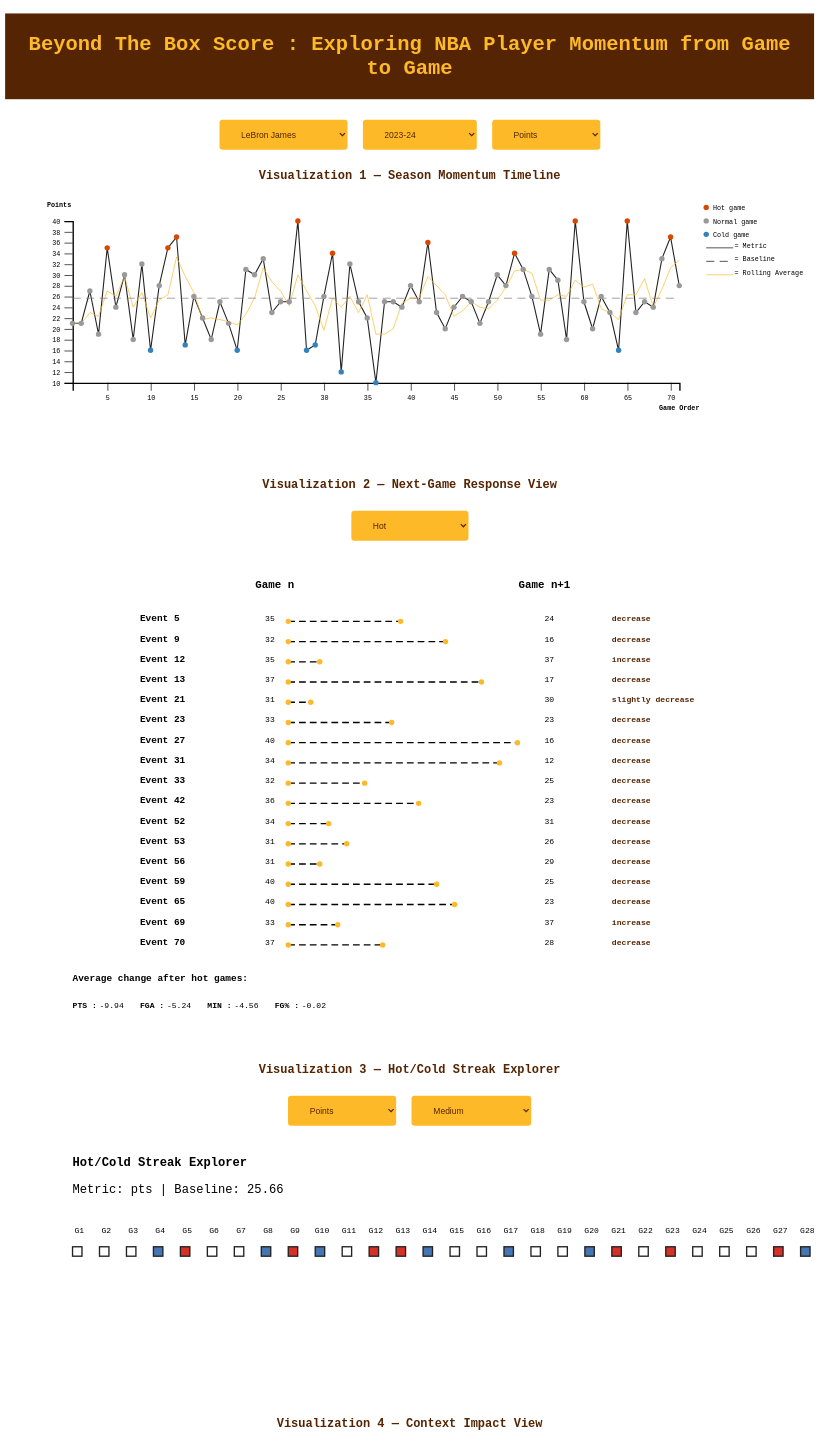
Repository: houdafatih/Data-Viz-Project
Page: index.html
The author's editor kept a copy of each file at every save. The page is drawn from the files as they stood at one save, then again after the next save.
The browser window is 1280 px wide. The pictures show the whole page, at 64% of full size.

Above is the page before, as saved 2026-06-21 02:35:09.

### index.html
<!DOCTYPE html>
<html>
   <head>
    <meta charset="UTF-8"/>
    <title>Beyond The Box Score</title>
    <link rel="stylesheet" href="style.css" >
  </head>
  <body>
     <h1>Beyond The Box Score : Exploring NBA Player Momentum from Game to Game</h1>

     <div class="selection">
        <select id="playerSelect">
            <option selected disabled>Select a Player</option>
        </select>

        <select id="seasonSelect">
            <option selected disabled>Select a Season</option>
        </select>

        <select id="metricSelect">
            <option selected disabled>Select a metric</option>
            <option value="pts">Points</option>
            <option value="fga">FGA</option>
            <option value="min">Minutes</option>
            <option value="fg_pct">FG%</option>
            <option value="plus_minus">Plus/Minus</option>
        </select>
     </div>

     <h3>Visualization 1 — Season Momentum Timeline</h3>
     <div id="vizual1"></div>

     <h3>Visualization 2 — Next-Game Response View</h3>
     <div class="selection">
        <select id="performanceSelect">
            <option selected disabled>Select event type</option>
            <option value="all">All</option>
            <option value="hot">Hot</option>
            <option value="cold">Cold</option>
            <option value="normal">Normal</option>
        </select>
     </div>
     <div id="vizual2"></div>

     <h3>Visualization 3 — Hot/Cold Streak Explorer</h3>
     <div class="selection">
        <select id="metricSelectV3">
            <option selected disabled>Select a metric</option>
            <option value="pts">Points</option>
            <option value="fga">FGA</option>
            <option value="min">Minutes</option>
            <option value="fg_pct">FG%</option>
            <option value="plus_minus">Plus/Minus</option>
        </select>
        <select id="thresholdSelect">
        <option selected disabled>Select a threshold</option>
            <option value="loose">Loose</option>
            <option value="medium">Medium</option>
            <option value="strict">Strict</option>
        </select>
     </div>
     <div id="vizual3"></div>


     <h3>Visualization 4 — Context Impact View</h3>
     <div id="vizual4"></div>

  </body>
  <script src="https://d3js.org/d3.v7.min.js"></script>
  <script type="module" src="index.js"></script>
</html>

### style.css
body{
    padding: 0px;
}
h1{
  text-align: center;
  font-size: 2rem;
  font-family: "Courier New", Courier, monospace;
  color : #fdb927;
  background-color: #552503;
  padding: 30px;

}
.selection{
    text-align: center;
}
select{
    margin: 10px;
    padding: 15px 30px;
    border-radius: 5px;
    border: none;
    background: #fdb927;
    color:#552503;

}
select option:hover{
    background-color: #fdb927;
}



h3{
    color: #552503;
    font-family: "Courier New", Courier, monospace;
    text-align: center;
}
.tick{
    font-size: 5px;
}
line{
    stroke-width: 0.5px;
}
.label{
    color: #552503;
    font-family: "Courier New", Courier, monospace;
    font-weight: bold;
}

.tooltip{
    position: fixed;
    background: wheat;
    border: 1px solid #ccc;
    padding: 10px;
    font-size: 15px;
    opacity: 0;
    pointer-events: none;

}
text{
    font-family: "Courier New", Courier, monospace;
}
.tooltip2{
    position: fixed;
    background: #fdb927;
    border: 1px solid #ccc;
    padding: 10px;
    font-size: 15px;
    visibility: hidden;
    pointer-events: none;
}
.line2{
    stroke-width: 1px;
}

### index.js
import {playersData,seasonData} from "./scripts/utils.js";
import { drawVisualization1 } from "./scripts/visualization1.js";
import { drawVisualization2 } from "./scripts/visualization2.js";
import { drawVisualization3 } from "./scripts/visualization3.js";

d3.csv("data/nba.csv").then(function(data){

   data.forEach(element => {
        element.player_id = +element.player_id
        element.game_index = +element.game_index
        element.pts = +element.pts
        element.fga = +element.fga
        element.min = +element.min
        element.fg_pct = +element.fg_pct
        element.plus_minus = +element.plus_minus
        element.next_pts = +element.next_pts
        element.next_fga = +element.next_fga
        element.next_min = +element.next_min
        element.next_fg_pct = +element.next_fg_pct
        element.rolling_pts_avg_3 = +element.rolling_pts_avg_3
        element.baseline_pts = +element.baseline_pts
        element.pts_diff_from_baseline = +element.pts_diff_from_baseline
        element.streak_length = +element.streak_length
   });

   playersData(data)
   seasonData(data)

   const nba_data = data

   d3.select("#playerSelect").property("value",nba_data[0].player_name)

   d3.select("#seasonSelect").property("value",nba_data[0].season_year)

   d3.select("#metricSelect").property("value","pts")

   d3.select("#performanceSelect").property("value","hot")

   d3.select("#metricSelectV3").property("value","pts")

   d3.select("#thresholdSelect").property("value","medium")

   updateVisualizations(nba_data)


   d3.select("#playerSelect").on("change",() => updateVisualizations(nba_data))
   d3.select("#seasonSelect").on("change",() => updateVisualizations(nba_data))
   d3.select("#metricSelect").on("change",() => updateVisualizations(nba_data))
   d3.select("#performanceSelect").on("change",() => updateVisualizations(nba_data))
   d3.select("#metricSelectV3").on("change",() => updateVisualizations(nba_data))
   d3.select("#thresholdSelect").on("change",() => updateVisualizations(nba_data))

})

function updateVisualizations(nba_data){
    const player = d3.select("#playerSelect").property("value")
    const season = d3.select("#seasonSelect").property("value")
    const metric = d3.select("#metricSelect").property("value")

    const eventT = d3.select("#performanceSelect").property("value")

    const metricv3 = d3.select("#metricSelectV3").property("value")
    const threshold =d3.select("#thresholdSelect").property("value")

    if(player === "Select a Player" || season === "Select a Season" || metric === "Select a metric"){
        return
    }

    let data_filter = nba_data.filter(d => d.player_name === player && d.season_year == season)
    drawVisualization1(data_filter,"#vizual1",metric)

    if(eventT === "Select event type"){
        return
    }
    drawVisualization2(data_filter,"#vizual2",metric,eventT)

    if(metricv3 === "Select a metric" || threshold === "Select a threshold"){
        return
    }
    drawVisualization3(data_filter,"#vizual3",metricv3,threshold)
}

### scripts/utils.js
export function playersData(data){
    const players_list = [...new Set(data.map(dt => dt.player_name))]

    d3.select("#playerSelect").selectAll(".players-options").data(players_list)
    .enter().append("option").attr("class","players-options").attr("value",dt=>dt).text(dt => dt)
}

export function seasonData(data){
    const seasons_list = [...new Set(data.map(dt => dt.season_year))]
    d3.select("#seasonSelect").selectAll(".seasons-options").data(seasons_list)
    .enter().append("option").attr("class","seasons-options").attr("value",dt=>dt).text(dt => dt)
}

### scripts/visualization1.js
export function drawVisualization1(data,id,metric){
     if(data.length === 0) {
        clearCanvas(id)
        return
    }
     const canvas = createCanvas()

     clearCanvas(id)

     const svg = addSvg(id,canvas)
     const sc = addScales(data,canvas,metric)

     addAxes(svg,sc,canvas)
     addMetricLine(svg,sc,data,metric)
     addAverageLine(svg,sc,data,metric)
     addBaselineLine(svg,sc,data,metric)
     addPoints(svg,sc,data,metric)
     addLabels(svg,canvas,metric)

     addLegends(svg,canvas)
}

function createCanvas(){
    return{
        width : 600, height: 200, margin:{top: 20,right:100, bottom:60, left:50}
    }
}

function clearCanvas(id){
    d3.select(id).html("")
}

function addSvg(id,canvas){
    return d3.select(id).append("svg").attr("viewBox",`0 0 ${canvas.width} ${canvas.height}`)
}

function addScales(data,canvas,metric){
    const xScale =
    d3.scaleLinear().domain(d3.extent(data,dt => dt.game_index))
    .range([canvas.margin.left,canvas.width - canvas.margin.right])

    const yScale =
      d3.scaleLinear().domain([d3.min(data,d => d[metric]),d3.max(data,d => d[metric])])
      .nice().range([canvas.height - canvas.margin.bottom,canvas.margin.top])

    return {xScale,yScale}
}

function addAxes(svg, scales, canvas){
    svg.append("g").attr("transform",`translate(0, ${canvas.height - canvas.margin.bottom})`)
    .call(d3.axisBottom(scales.xScale))

    svg.append("g").attr("transform",`translate(${canvas.margin.left},0)`)
    .call(d3.axisLeft(scales.yScale))
}

function addMetricLine(svg,scales,data,metric){
    let line = d3.line().x(d => scales.xScale(d.game_index)).y(d => scales.yScale(d[metric]))

    svg.append("path").datum(data).attr("fill","none").attr("stroke","#222")
     .attr("stroke-width",0.8).attr("d",line)
}

function addAverageLine(svg,scales,data,metric){
    if(metric != "pts") return
    let avg_line = d3.line().x(d => scales.xScale(d.game_index)).y(d => scales.yScale(d.rolling_pts_avg_3))

    svg.append("path").datum(data).attr("fill","none").attr("stroke","#fdb927")
     .attr("stroke-width",0.5).attr("d",avg_line)
}

function addBaselineLine(svg,scales,data,metric){

    let base_line = d3.mean(data,d => d[metric])


    svg.append("line")
    .attr("x1",scales.xScale(d3.min(data,dt => dt.game_index))).attr("x2",scales.xScale(d3.max(data,dt => dt.game_index)))
    .attr("y1",scales.yScale(base_line)).attr("y2",scales.yScale(base_line))
    .attr("stroke","#777").attr("stroke-dasharray","6 4")
}

function addPoints(svg,scales,data,metric){
    const tooltip = toolTip()

    svg.selectAll("circle").data(data).enter()
     .append("circle").attr("class","game-pt")
     .attr("cx", d => scales.xScale(d.game_index))
     .attr("cy",d => scales.yScale(d[metric]))
     .attr("r",2).attr("fill",d => colorPoint(d.performance_label))
     .on("mouseover",function(event,d){
        d3.select(this).attr("r",3)
        tooltip.style("opacity",1).html(tooltipInformations(d))
     })
     .on("mousemove",function(event){
        tooltip.style("left",event.clientX+15+"px")
          .style("top",event.clientY-20+"px")
     })
     .on("mouseout",function(){
        d3.select(this)
        .attr("r",2)
        tooltip.style("opacity",0)
     })
     //.on("click",function(event,d){
       // highlightGameandNextGame(svg,data,d)
    // })



}

function colorPoint(perf){
    if(perf === "hot") return "#d94801"
    if(perf === "cold") return "#3182bd"
    return "#999"
}

function addLabels(svg,canvas,metric){
    svg.append("text").attr("class","label")
    .attr("x",canvas.width - 100).attr("y",canvas.height-40)
    .attr("text-anchor","middle").attr("font-size","5px")
    .text("Game Order")

    svg.append("text").attr("class","label")
    .attr("x",40).attr("y",10)
    .attr("text-anchor","middle").attr("font-size","5px")
    .text(metricName(metric))
}

function metricName(metric){
    if(metric === "pts") return "Points"
    if(metric === "fga") return "Field Goal Attempts"
    if(metric === "min") return "Minutes"
    if(metric === "fg_pct") return "Field Goal Percentage"
    if(metric === "plus_minus") return "Plus / Minus"
}

function addLegends(svg,canvas){
    const lg = svg.append("g").attr("transform",
        `translate(${canvas.width - canvas.margin.right+20},${canvas.margin.top-10})`)


    lg.append("circle").attr("cx",0).attr("cy",0).attr("r",2).attr("fill","#d94801")
    lg.append("text").attr("x",5).attr("y",2).text("Hot game").attr("font-size","5px")

    lg.append("circle").attr("cx",0).attr("cy",10).attr("r",2).attr("fill","#999")
    lg.append("text").attr("x",5).attr("y",12).text("Normal game").attr("font-size","5px")

    lg.append("circle").attr("cx",0).attr("cy",20).attr("r",2).attr("fill","#3182bd")
    lg.append("text").attr("x",5).attr("y",22).text("Cold game").attr("font-size","5px")


    lg.append("line").attr("x1",0).attr("x2",20).attr("y1",30).attr("y2",30)
    .attr("stroke","black").attr("stroke-width",2)
    lg.append("text").attr("x",21).attr("y",30).text(" = Metric").attr("font-size","5px")

    lg.append("line").attr("x1",0).attr("x2",20).attr("y1",40).attr("y2",40)
    .attr("stroke","black").attr("stroke-dasharray","6 4")
    lg.append("text").attr("x",21).attr("y",40).text(" = Baseline").attr("font-size","5px")

    lg.append("line").attr("x1",0).attr("x2",20).attr("y1",50).attr("y2",50)
    .attr("stroke-width",2).attr("stroke","#fdb927")
    lg.append("text").attr("x",21).attr("y",50).text(" = Rolling Average").attr("font-size","5px")
}

function toolTip(){
    let tooltip = d3.select("body").select(".tooltip")
    if(tooltip.empty()){
        tooltip = d3.select("body").append("div").attr("class","tooltip")
    }

    return tooltip
}

function tooltipInformations(data){
    return `<strong> Game ${data.game_index} </strong><br>
            Date : ${data.game_date}<br>
            Home/Away : ${data.home_away}<br>
            Points : ${data.pts}<br>
            Minutes : ${data.min}<br>
            FGA : ${data.fga}<br>
            Next Game Points : ${data.next_pts}<br>`
}

function highlightGameandNextGame(svg,data,selected){
    const nextG = data.find(d => d.game_index === selected.game_index + 1)

    svg.selectAll(".game-point").attr("r",8).attr("stroke","none").attr("opacity",0.4)

    svg.selectAll(".game-point").filter(d => d.game_index === selected.game_index)
    .attr("stroke","black").attr("stroke-width",3).attr("r",5).attr("opacity",1)

    if(nextG){
        svg.selectAll(".game-point").filter(d => d.game_index === nextG.game_index)
       .attr("stroke","#3182bd").attr("stroke-width",3).attr("r",8).attr("opacity",1)
    }
}

### scripts/visualization2.js
export function drawVisualization2(data,id,metric,eventT){
    if(data.length === 0) {
        clearCanvas(id)
        return
    }


     let new_data = createData(data,metric)

     if(eventT !== "all"){
        new_data = new_data.filter(d => performance_filter(d.current_g,data,metric) === eventT)
     }

     const canvas = createCanvas(new_data)

     clearCanvas(id)

     const svg = addSvg(id,canvas)

     draw_Header(svg,200,400)
     draw_Rows(svg,new_data,200,400,canvas.margin,15)
     addSummaryCard(svg,new_data,eventT,canvas)

}
function createCanvas(new_data){
    return{
        width : 600, height: 100 + new_data.length *16 , margin:{top: 20,right:100, bottom:60, left:50}
    }
}

function clearCanvas(id){
    d3.select(id).html("")
}

function addSvg(id,canvas){
    return d3.select(id).append("svg").attr("viewBox",`0 0 ${canvas.width} ${canvas.height}`)
}

function createData(data,metric){
   const new_data = data.slice().sort((a,b) => a.game_index - b.game_index)

   return new_data.slice(0,-1).map((d,j) => {
      const nextG = new_data[j+1]

      return {
        eventN: j+1,
        game_idx : d.game_index,
        nextg_index : nextG.game_index,
        current_v: d[metric],
        next_v : nextG[metric],
        difference : nextG[metric] - d[metric],
        current_g : d,
        next_g : nextG
      }
   })
}

function draw_Header(svg,left,right){
    svg.append("text").attr("x",left).attr("y",30)
    .attr("text-anchor","middle").attr("font-weight","bold").attr("font-size","8px").text("Game n")

    svg.append("text").attr("x",right).attr("y",30)
    .attr("text-anchor","middle").attr("font-weight","bold").attr("font-size","8px").text("Game n+1")

}

function draw_Rows(svg,new_data,left,right,margin,r_height){
    const tooltip = toolTip2(new_data)

    const rows = svg.selectAll(".response-row").data(new_data).enter()
     .append("g").attr("class","response-row")
     .attr("transform",(d,j) => `translate(0,${margin.top+j*r_height})`)

    rows.append("text").attr("x",100).attr("y",35).text(d =>`Event ${d.eventN}` )
     .attr("font-size","7px").attr("font-weight","bold")
    rows.append("text").attr("x",left).attr("y",35).attr("text-anchor","end").text(d => d.current_v).attr("font-size","6px")

    const line_scale = d3.scaleLinear().domain([0,d3.max(new_data, d => Math.abs(d.difference))]).range([20,180])

    rows.append("line").attr("x1",left+10).attr("class","line2")
    .attr("x2",d => { const l= line_scale(Math.abs(d.difference))
        return left+l

    })
    .attr("y1",35).attr("y2",35).attr("stroke","black").attr("stroke-dasharray","5 3")
    .on("mouseover",function(event,d){
        tooltip.style("visibility","visible").html(tooltipInformations2(d))
     })
     .on("mousemove",function(event){
        tooltip.style("left",event.clientX+15+"px")
          .style("top",event.clientY-20+"px")
     })
     .on("mouseout",function(){
        tooltip.style("visibility","hidden")
     })

    rows.append("circle").attr("cx",left+10).attr("cy",35).attr("r",2).attr("fill","#fdb927")
    rows.append("circle").attr("cx",d => { const l= line_scale(Math.abs(d.difference))
        return left+l

    }).attr("cy",35).attr("r",2).attr("fill","#fdb927")

    rows.append("text").attr("x",right).attr("y",35).text(d => d.next_v).attr("font-size","6px")

    rows.append("text").attr("x",right+50).attr("y",35).text(d => difference_label(d.difference))
    .attr("font-size","6px").attr("fill","#552503").attr("font-weight","bold")

}

function difference_label(diff){
    if(diff > 1) return "increase"
    if(diff < -1) return "decrease"
    if(diff < 0) return "slightly decrease"
    if(diff > 0) return "slightly increase"
    return "stable"
}

function performance_filter(d,data,metric){
   const bLine = d3.mean(data,dt => dt[metric])
   const th = Math.abs(bLine) * 0.2
   const dv = d[metric] - bLine

   if(dv > th) return "hot"
   if(dv < -th) return "cold"
   return "normal"
}

function addSummaryCard(svg,new_data,eventT,canvas){

    svg.append("text").attr("x",50).attr("y",canvas.height-50)
    .attr("font-weight","bold").text(`Average change after ${eventT} games:`).attr("font-size","7px")

    const metrics_change = new_data.map(d => {
        const pts = d.current_g["next_pts"] - d.current_g["pts"]
        const fga = d.current_g["next_fga"] - d.current_g["fga"]
        const min = d.current_g["next_min"] - d.current_g["min"]
        const fg_pct = d.current_g["next_fg_pct"] - d.current_g["fg_pct"]

        return {"pts":pts,"fga":fga,"min":min,"fg_pct":fg_pct}
    })

    const means = [
        {"avg":d3.mean(metrics_change,d => d.pts),"name":"PTS"},
        {"avg":d3.mean(metrics_change,d => d.fga),"name":"FGA"},
        {"avg":d3.mean(metrics_change,d => d.min),"name":"MIN"},
        {"avg":d3.mean(metrics_change,d => d.fg_pct),"name":"FG%"}
    ]

    means.forEach((element,i) => {
        let position = canvas.margin.left+i*50
        svg.append("text").attr("x",position).attr("y",canvas.height-30)
        .attr("font-size","6px").attr("font-weight","bold")
        .text(`${element.name} : `)
        svg.append("text").attr("x",position+20).attr("y",canvas.height-30)
        .attr("font-size","6px")
        .text(`${element.avg.toFixed(2)}`)

    });

}

function toolTip2(){
    let tooltip = d3.select("body").select(".tooltip2")
    if(tooltip.empty()){
        tooltip = d3.select("body").append("div").attr("class","tooltip2")
    }

    return tooltip
}

function tooltipInformations2(data){
    console.log(data)
    return `<strong> Game n - Date: ${data.current_g["game_date"]} </strong><br>
            <strong> Game n - Opponent: ${data.current_g["opponent"]} </strong><br>
            <strong> Game n - Points: ${data.current_g["pts"]} </strong><br>
            <strong> Game n+1 - Date: ${data.next_g["game_date"]} </strong><br>
            <strong> Game n+1 - Opponent: ${data.next_g["opponent"]} </strong><br>
            <strong> Game n+1 - Points: ${data.next_g["pts"]} </strong><br>
    `
}

### scripts/visualization3.js
export function drawVisualization3(data,id,metric,threshold){
     if(data.length === 0) {
        clearCanvas(id)
        return
    }
     const canvas = createCanvas()

     clearCanvas(id)

     const svg = addSvg(id,canvas)

     const baseline_classif = calculateBaselineAndClassifyGames(data,metric)
     const scale = colorScale()

     addTitle(svg,canvas,baseline_classif.baseline,metric)

     addLablels(svg,baseline_classif.classification,canvas)

     addCells(svg,baseline_classif.classification,canvas,scale)
     console.log(data.length)


}

function createCanvas(){
    return{
        width : 600, height: 200, margin:{top: 20,right:100, bottom:60, left:50}
    }
}

function clearCanvas(id){
    d3.select(id).html("")
}

function addSvg(id,canvas){
    return d3.select(id).append("svg").attr("viewBox",`0 0 ${canvas.width} ${canvas.height}`)
}

function calculateBaselineAndClassifyGames(data,metric)
{
  const baseline = d3.mean(data,dt=> dt[metric])

  const classification = data.map((d,j)=> {
    let perf_label = ""
    if(d[metric] > baseline + 5){
        perf_label = "hot"
    }else if(d[metric] < baseline - 5){
        perf_label = "cold"
    }
    else perf_label = "normal"

    return {
        ...d,
        g_num : j+1,
        perf_label:perf_label,
        difference : d[metric] - baseline
    }
  })

    return{
        baseline : baseline,
        classification : classification
    }
}

function colorScale(){
    const color_sc = d3.scaleOrdinal()
    .domain(["hot","normal","cold"])
    .range(["#d73027","#fff","#4575b4"])
    return color_sc
}

function addTitle(svg,canvas,baseline,metric){
    svg.append("text").attr("x",canvas.margin.left).attr("y",25).attr("font-size","9px")
    .attr("font-weight","bold").text("Hot/Cold Streak Explorer")

    svg.append("text").attr("x",canvas.margin.left).attr("y",45).attr("font-size","9px")
    .text(`Metric: ${metric} | Baseline: ${baseline.toFixed(2)}`)
}

function addLablels(svg, classification,canvas){
    svg.selectAll(".game-label").data(classification).enter().append("text").attr("class","game-label")
    .attr("x",(d,j) => canvas.margin.left + j * 20 + 10 /2).attr("y",75).attr("text-anchor","middle")
    .attr("font-size","6px").text(d => `G${d.g_num}`)
}

function addCells(svg, classification,canvas,scale){
    svg.selectAll(".game-cell").data(classification).enter().append("rect").attr("class","game-cell")
    .attr("x",(d,j) => canvas.margin.left + j * 20).attr("y",85).attr("width",7).attr("height",7)
    .attr("fill",d => scale(d.perf_label)).attr("stroke","#222").attr("stroke-width",1)


}

After the next save:
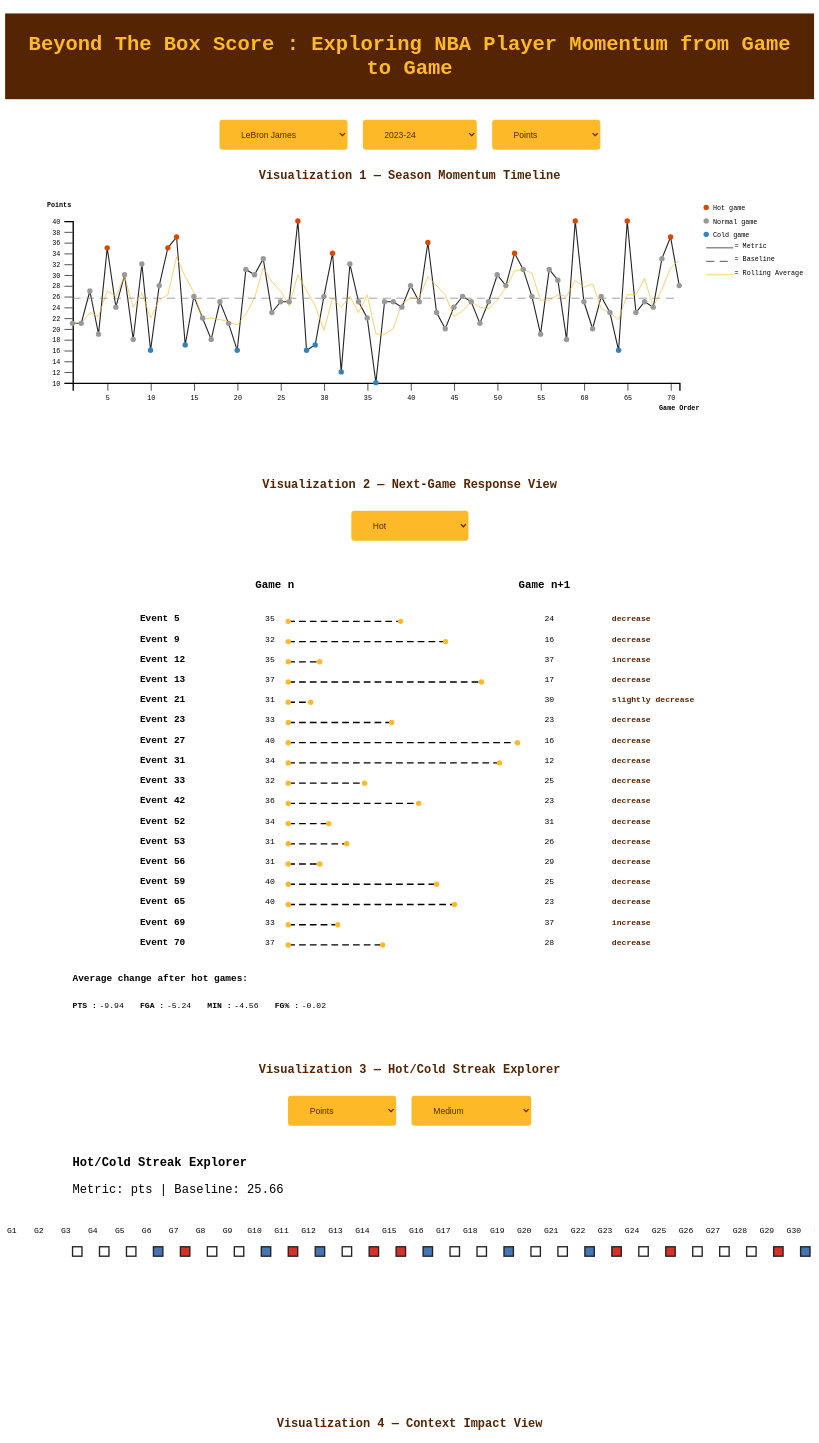
Saved 32 s later.
--- a/scripts/visualization3.js
+++ b/scripts/visualization3.js
@@ -80,7 +80,7 @@
 
 function addLablels(svg, classification,canvas){
     svg.selectAll(".game-label").data(classification).enter().append("text").attr("class","game-label")
-    .attr("x",(d,j) => canvas.margin.left + j * 20 + 10 /2).attr("y",75).attr("text-anchor","middle")
+    .attr("x",(d,j) => j * 20 + 10 /2).attr("y",75).attr("text-anchor","middle")
     .attr("font-size","6px").text(d => `G${d.g_num}`)
 }
 
